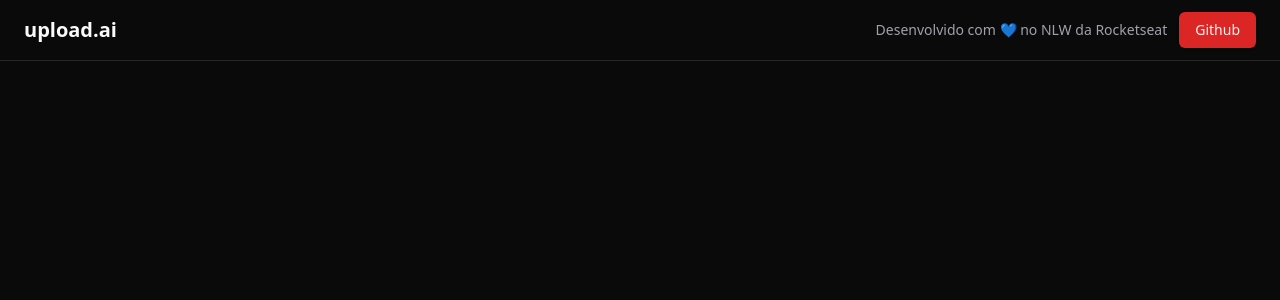
Repository: ricardolimati/upload-ai-web
Page: /
These files come from the project's save history. The page is drawn as it stood at one moment and after a run of saves; the edit follows.
The browser window is 1280 px wide. The pictures show the whole page.
The project was rebuilt for these pictures with package versions that can differ from the ones it lists, and the page was loaded fresh each time. Also part of the build but not shown: vite.config.ts.

Above is the page before, as saved 2023-09-11 23:09:55.

### src/App.tsx
import { Button } from "./components/ui/button";

export function App() {
  return(
   <div>
    <div className="px-6 py-3 flex items-center justify-between border-b">
      <h1 className="text-xl font-bold">upload.ai</h1>
      <div className="flex items-center gap-3">
        <span className="text-sm text-zinc-400">Desenvolvido com 💙 no NLW da Rocketseat</span>
        <Button>Github</Button>
      </div>
    </div>
   </div>
  )
}

### src/index.css
@tailwind base;
@tailwind components;
@tailwind utilities;

@layer base {
  :root {
    --background: 0 0% 3.9%;
    --foreground: 0 0% 98%;
    --card: 0 0% 3.9%;
    --card-foreground: 0 0% 98%;
    --popover: 0 0% 3.9%;
    --popover-foreground: 0 0% 98%;
    --primary: 0 72.2% 50.6%;
    --primary-foreground: 0 85.7% 97.3%;
    --secondary: 0 0% 14.9%;
    --secondary-foreground: 0 0% 98%;
    --muted: 0 0% 14.9%;
    --muted-foreground: 0 0% 63.9%;
    --accent: 0 0% 14.9%;
    --accent-foreground: 0 0% 98%;
    --destructive: 0 62.8% 30.6%;
    --destructive-foreground: 0 0% 98%;
    --border: 0 0% 14.9%;
    --input: 0 0% 14.9%;
    --ring: 0 72.2% 50.6%;

    --radius: 0.5rem;
  }
}

@layer base {
  * {
    @apply border-border;
  }
  body {
    @apply bg-background text-foreground;
  }
}

### src/components/ui/button.tsx
import * as React from "react"
import { Slot } from "@radix-ui/react-slot"
import { cva, type VariantProps } from "class-variance-authority"

import { cn } from "@/lib/utils"

const buttonVariants = cva(
  "inline-flex items-center justify-center rounded-md text-sm font-medium transition-colors focus-visible:outline-none focus-visible:ring-1 focus-visible:ring-ring disabled:pointer-events-none disabled:opacity-50",
  {
    variants: {
      variant: {
        default:
          "bg-primary text-primary-foreground shadow hover:bg-primary/90",
        destructive:
          "bg-destructive text-destructive-foreground shadow-sm hover:bg-destructive/90",
        outline:
          "border border-input bg-transparent shadow-sm hover:bg-accent hover:text-accent-foreground",
        secondary:
          "bg-secondary text-secondary-foreground shadow-sm hover:bg-secondary/80",
        ghost: "hover:bg-accent hover:text-accent-foreground",
        link: "text-primary underline-offset-4 hover:underline",
      },
      size: {
        default: "h-9 px-4 py-2",
        sm: "h-8 rounded-md px-3 text-xs",
        lg: "h-10 rounded-md px-8",
        icon: "h-9 w-9",
      },
    },
    defaultVariants: {
      variant: "default",
      size: "default",
    },
  }
)

export interface ButtonProps
  extends React.ButtonHTMLAttributes<HTMLButtonElement>,
    VariantProps<typeof buttonVariants> {
  asChild?: boolean
}

const Button = React.forwardRef<HTMLButtonElement, ButtonProps>(
  ({ className, variant, size, asChild = false, ...props }, ref) => {
    const Comp = asChild ? Slot : "button"
    return (
      <Comp
        className={cn(buttonVariants({ variant, size, className }))}
        ref={ref}
        {...props}
      />
    )
  }
)
Button.displayName = "Button"

export { Button, buttonVariants }

Loaded but not shown: index.html (common file); src/main.tsx (common file); src/lib/utils.ts (common file); tailwind.config.js (common file)

After the next 2 saves:
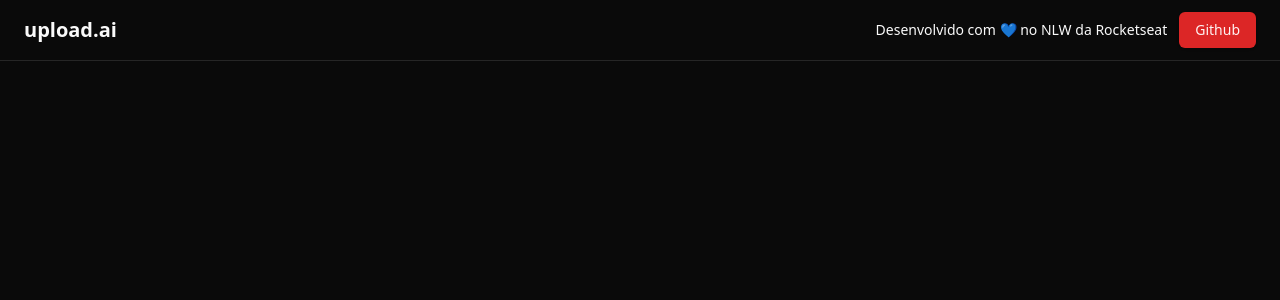
The 2 saves are shown as one change because they came seconds apart.
The last was saved 47 s later.
--- a/src/App.tsx
+++ b/src/App.tsx
@@ -6,7 +6,7 @@
     <div className="px-6 py-3 flex items-center justify-between border-b">
       <h1 className="text-xl font-bold">upload.ai</h1>
       <div className="flex items-center gap-3">
-        <span className="text-sm text-zinc-400">Desenvolvido com 💙 no NLW da Rocketseat</span>
+        <span className="text-sm text-muted-for">Desenvolvido com 💙 no NLW da Rocketseat</span>
         <Button>Github</Button>
       </div>
     </div>

After the 2 saves that followed:
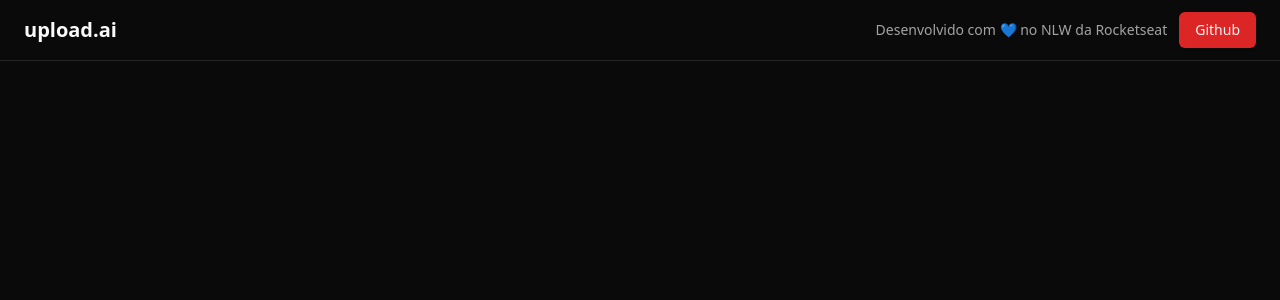
The 2 saves are shown as one change because 1 left the picture as it was.
The last was saved 9 s later.
--- a/src/App.tsx
+++ b/src/App.tsx
@@ -6,7 +6,7 @@
     <div className="px-6 py-3 flex items-center justify-between border-b">
       <h1 className="text-xl font-bold">upload.ai</h1>
       <div className="flex items-center gap-3">
-        <span className="text-sm text-muted-for">Desenvolvido com 💙 no NLW da Rocketseat</span>
+        <span className="text-sm text-muted-foreground">Desenvolvido com 💙 no NLW da Rocketseat</span>
         <Button>Github</Button>
       </div>
     </div>
